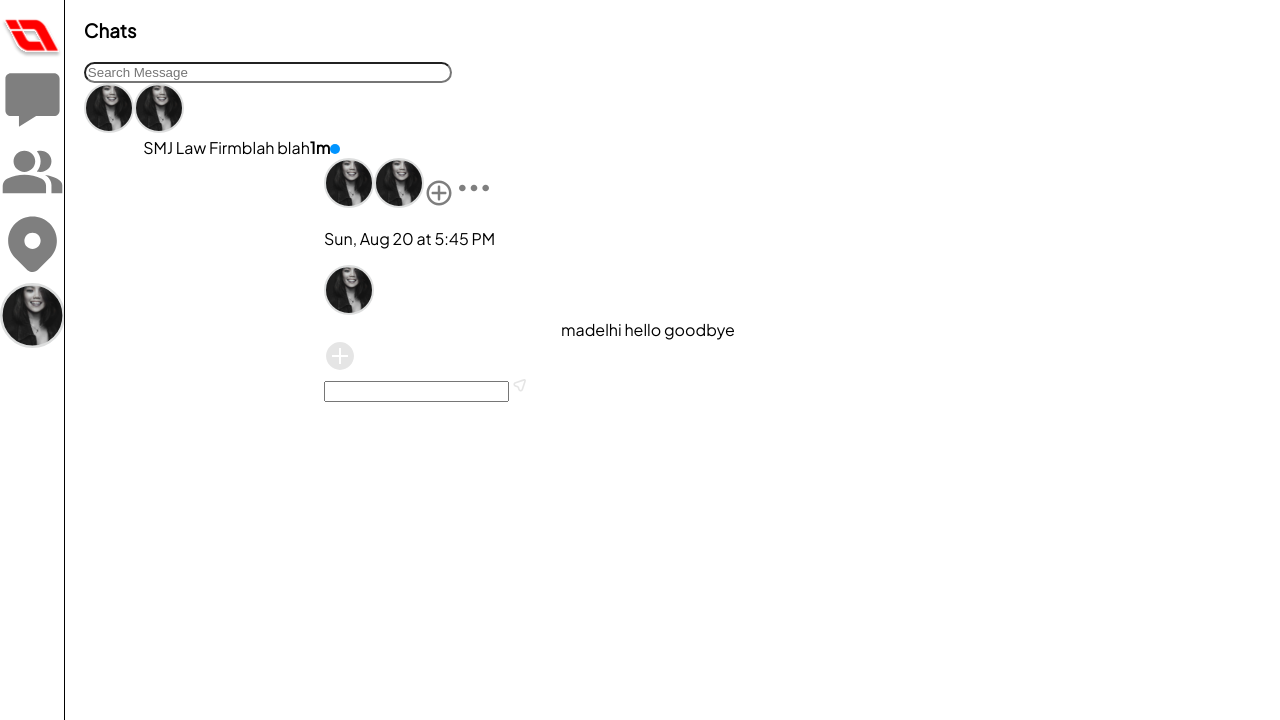
Repository: Nicktacku/LawChat
Page: /homechat (app in frontend/lawchat/)
An editor plug-in stored every save of this project. The page is shown before and after the next save, followed by the edit.
The browser window is 1280 px wide. The pictures show the whole page.
The project was rebuilt for these pictures with package versions that can differ from the ones it lists, and the page was loaded fresh each time. Also part of the build but not shown: frontend/lawchat/src/styles/button.css, frontend/lawchat/src/components/Button.js, frontend/lawchat/src/pages/Home.js, frontend/lawchat/src/pages/Login.js, frontend/lawchat/src/pages/Test.js.

Above is the page before, as saved 2024-08-15 14:29:35.

### frontend/lawchat/public/index.html
<!DOCTYPE html>
<html lang="en">
  <head>
    <meta charset="utf-8" />
    <link rel="icon" href="%PUBLIC_URL%/favicon.ico" />
    <meta name="viewport" content="width=device-width, initial-scale=1" />
    <meta name="theme-color" content="#000000" />
    <meta
      name="description"
      content="Web site created using create-react-app"
    />
    <link rel="apple-touch-icon" href="%PUBLIC_URL%/logo192.png" />
    <!--
      manifest.json provides metadata used when your web app is installed on a
      user's mobile device or desktop. See https://developers.google.com/web/fundamentals/web-app-manifest/
    -->
    <link rel="manifest" href="%PUBLIC_URL%/manifest.json" />
    <link
      href="https://fonts.googleapis.com/css?family=Plus Jakarta Sans"
      rel="stylesheet"
    />
    <!--
      Notice the use of %PUBLIC_URL% in the tags above.
      It will be replaced with the URL of the `public` folder during the build.
      Only files inside the `public` folder can be referenced from the HTML.

      Unlike "/favicon.ico" or "favicon.ico", "%PUBLIC_URL%/favicon.ico" will
      work correctly both with client-side routing and a non-root public URL.
      Learn how to configure a non-root public URL by running `npm run build`.
    -->
    <title>React App</title>
  </head>
  <body>
    <noscript>You need to enable JavaScript to run this app.</noscript>
    <div id="root"></div>
    <!--
      This HTML file is a template.
      If you open it directly in the browser, you will see an empty page.

      You can add webfonts, meta tags, or analytics to this file.
      The build step will place the bundled scripts into the <body> tag.

      To begin the development, run `npm start` or `yarn start`.
      To create a production bundle, use `npm run build` or `yarn build`.
    -->
  </body>
</html>

### frontend/lawchat/src/App.js
import Home from "./pages/Home.js";
import Login from "./pages/Login.js";
import HomeChat from "./pages/HomeChat.js";

import {
  createBrowserRouter,
  createRoutesFromElements,
  Route,
  RouterProvider,
} from "react-router-dom";
import Test from "./pages/Test.js";

const router = createBrowserRouter(
  createRoutesFromElements(
    <Route path="/">
      <Route index element={<Home />} />
      <Route path="/login" element={<Login />} />
      <Route path="/homechat" element={<HomeChat />} />
      <Route path="/test" element={<Test />} />
    </Route>
  )
);

function App() {
  return (
    <div className="App">
      {/* <Login /> */}
      <RouterProvider router={router} />
    </div>
  );
}

export default App;

### frontend/lawchat/src/pages/HomeChat.js
import React from "react";

import logo from "../images/logo.svg";
import chaticon from "../images/chaticon.svg";
import friendsicon from "../images/friendsicon.svg";
import locationicon from "../images/locationicon.svg";
import personaldp from "../images/personaldp.svg";

import newchaticon from "../images/newchaticon.svg";
import ChatPreview from "../components/ChatPreview";

import addicon from "../images/addicon.svg";
import tripledoticon from "../images/tripledoticon.svg";
import ChatBubble from "../components/ChatBubble";

import attachicon from "../images/attachicon.svg";

import sendicon from "../images/sendicon.svg";

import "../styles/homechat.css";

const HomeChat = () => {
  return (
    <div className="container">
      <div className="sidebar">
        <img src={logo} className="img" /> <br />
        <img src={chaticon} className="img" /> <br />
        <img src={friendsicon} className="img" /> <br />
        <img src={locationicon} className="img" /> <br />
        <img src={personaldp} className="img" /> <br />
      </div>
      <div className="chats">
        <h3 className="h3">
          <b>Chats</b>
        </h3>
        <image src={newchaticon} />
        <form>
          <input type="text" placeholder="Search Message" className="search" />
        </form>
        <ChatPreview name="SMJ Law Firm" preview="blah blah" />
      </div>
      <div className="chat">
        <div className="chat-bar">
          <img src={personaldp} />
          <img src={personaldp} />
          <img src={addicon} />
          <img src={tripledoticon} />
        </div>
        <div className="chat-content">
          <p>Sun, Aug 20 at 5:45 PM</p>
          <ChatBubble name="madel" message="hi hello goodbye" />
        </div>
        <div className="chatbox">
          <img src={attachicon} />
          <form>
            <input type="text" placeholder="" />
            <img src={sendicon} />
          </form>
        </div>
      </div>
    </div>
  );
};

export default HomeChat;

### frontend/lawchat/src/styles/home.css
body {
    font-family: 'Plus Jakarta Sans';
}

.body {
    padding-left: 5%;
    padding-right: 5%;
}

.navbar {
    overflow: hidden;
    border-bottom: 1px solid rgba(129, 133, 137, 0.3);
    padding-left: 3%;
    padding-right: 3%;
}



.nav-list {
    list-style-type: none;
    margin: 0;
    padding: 0;
    text-align: center;
}

.nav-item {
    float: right;
    padding: 2vh;
}

.logo{
    overflow: hidden;
    float:left;
}

.body-content {
    width: 40%;
    float: left;
    justify-content: center;
}

.body-image {
    width: 60%;
    float: right;
}

.h1{
    font-size: 18vh;
    margin-top: 30%;
}

.p {
    font-size: 5vh;
    color: gray;
}

.stores {
    justify-content: space-around;
}

.body-image {
    position: relative;
}

/* .body-image-content {
    position: absolute;
    width: 100px;
    height: 100px;
    border: 1px solid red;
} */

### frontend/lawchat/src/components/ChatPreview.js
import React from "react";

import personaldp from "../images/personaldp.svg";
import bluedot from "../images/bluedot.svg";

function ChatPreview(props) {
  return (
    <div className="container">
      <div className="images">
        <img src={personaldp} />
        <img src={personaldp} />
      </div>
      <div className="body">
        {props.name}
        {props.preview}
        <b>1m</b>
        <img src={bluedot} />
      </div>
    </div>
  );
}

export default ChatPreview;

### frontend/lawchat/src/components/ChatBubble.js
import React from "react";

import personaldp from "../images/personaldp.svg";

function ChatBubble(props) {
  return (
    <div className="container">
      <img src={personaldp} />
      <div className="chat">
        {props.name}
        {props.message}
      </div>
    </div>
  );
}

export default ChatBubble;

### frontend/lawchat/src/styles/homechat.css
.sidebar {
    height: 100%;
    width: 5%;
    position: fixed;
    top: 0;
    left: 0;
    overflow-x: hidden;
    padding-top: 16px;
    border-right: 1px solid black;
    /* justify-content: center; */
    /* align-items: center; */
  }

.chat {
    margin-left: 25%
}

.chats {
    margin-left: 6%
}

.img{
    width: 9vh;
    padding-bottom: 5%;
  }

.search {
    border-radius: 30px;
    width: 50vh
}

Loaded but not shown: frontend/lawchat/src/index.js (common file)

After the next save:
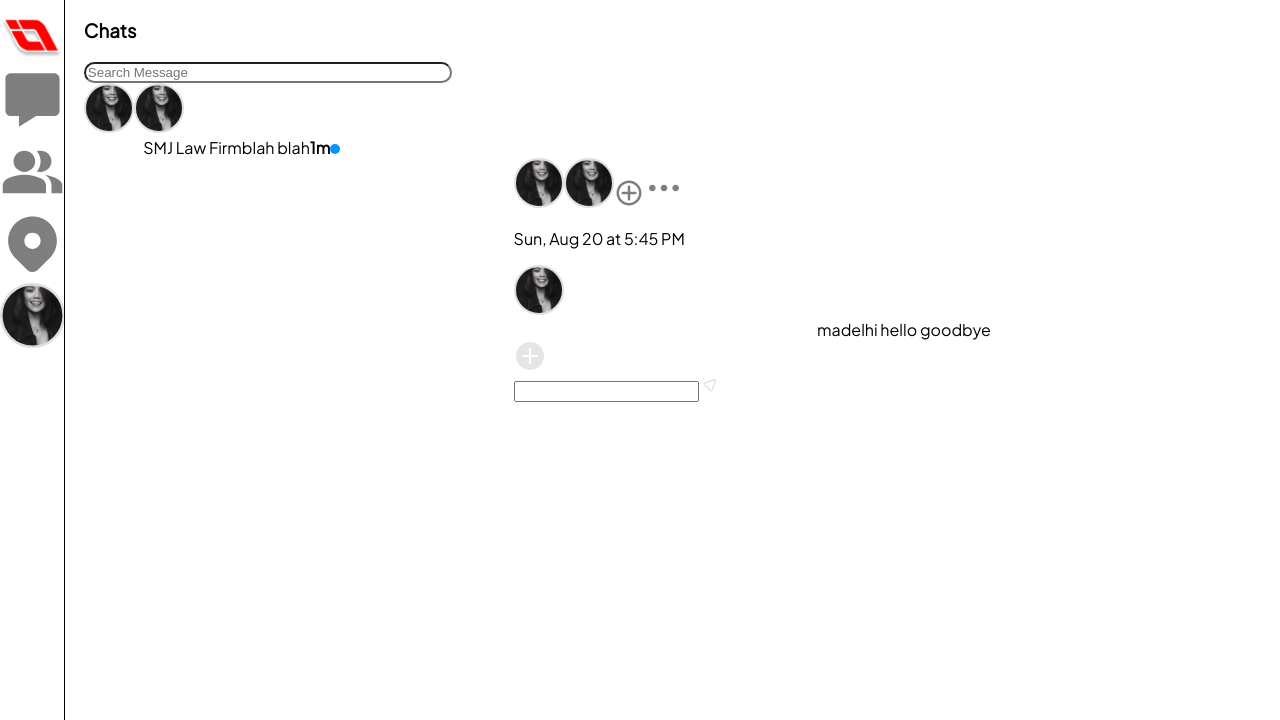
Saved 21 s later.
--- a/frontend/lawchat/src/styles/homechat.css
+++ b/frontend/lawchat/src/styles/homechat.css
@@ -12,7 +12,7 @@
   }
 
 .chat {
-    margin-left: 25%
+    margin-left: 40%
 }
 
 .chats {
